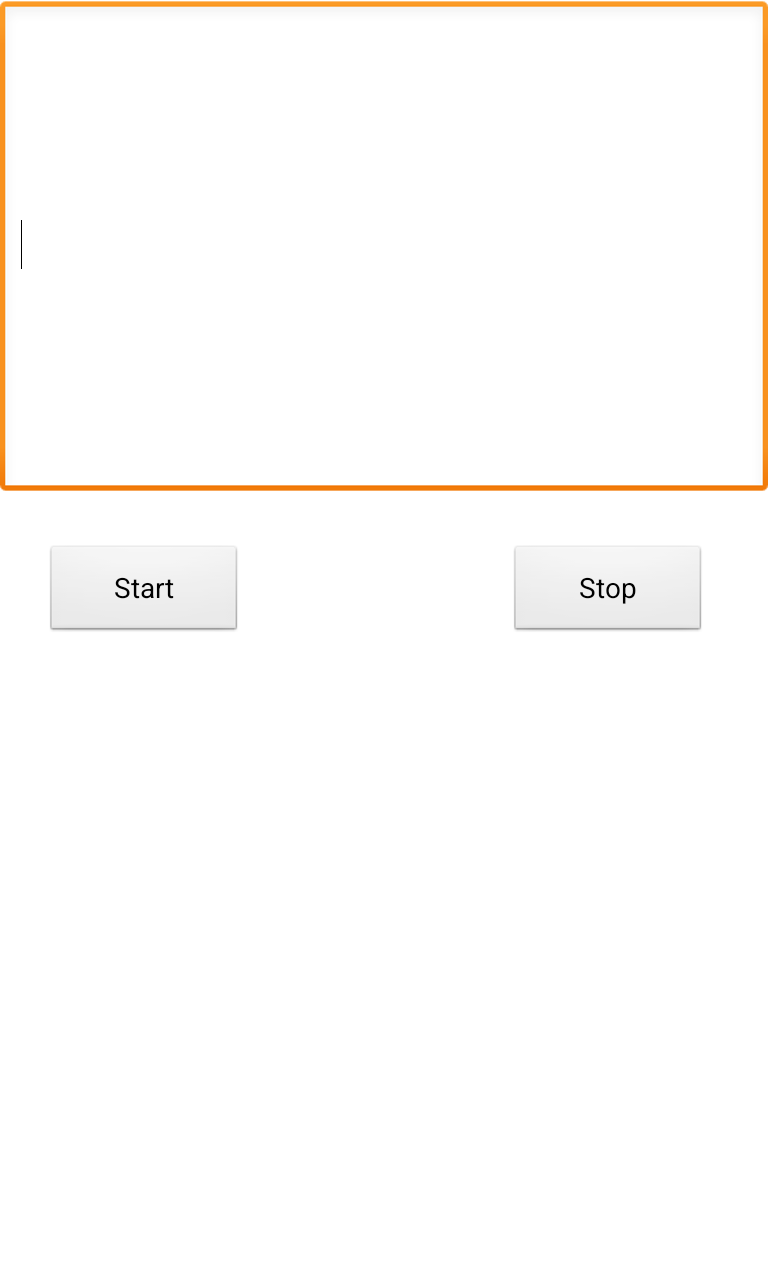
Repository: agejku/Embedded-Systems
Layout: Positionsensor/res/layout/activity_main.xml
These files come from the project's save history. The layout is drawn as it stood at one moment and after the next save; the edit follows.
It is drawn on a 768 x 1280 px phone screen (xhdpi) without system bars, with theme AppTheme; the app's code is not run.

Above is the layout before, as saved 2014-04-22 21:45:20.

### Positionsensor/res/layout/activity_main.xml
<?xml version="1.0" encoding="utf-8"?>
<RelativeLayout xmlns:android="http://schemas.android.com/apk/res/android"
    android:id="@+id/NetNumber1"
    android:layout_width="fill_parent"
    android:layout_height="fill_parent"
    android:orientation="vertical" >

    <LinearLayout
        android:id="@+id/linearLayout1"
        android:layout_width="wrap_content"
        android:layout_height="wrap_content"
        android:layout_centerVertical="true"
        android:orientation="vertical" >
    </LinearLayout>

    <LinearLayout
        android:layout_width="wrap_content"
        android:layout_height="wrap_content"
        android:layout_alignParentBottom="true"
        android:layout_alignParentRight="true"
        android:layout_marginLeft="75dp"
        android:layout_toRightOf="@+id/linearLayout1"
        android:orientation="vertical" >

    </LinearLayout>

    <RelativeLayout
        android:layout_width="wrap_content"
        android:layout_height="wrap_content"
        android:layout_alignParentBottom="true"
        android:layout_alignParentLeft="true"
        android:layout_alignParentRight="true"
        android:layout_alignParentTop="true" >

        <EditText
            android:id="@+id/editText1"
            android:layout_width="wrap_content"
            android:layout_height="wrap_content"
            android:layout_alignParentLeft="true"
            android:layout_alignParentRight="true"
            android:layout_alignParentTop="true"
            android:ems="10"
            android:height="250dp"
            android:inputType="textMultiLine" >

            <requestFocus />
        </EditText>

        <Button
            android:id="@+id/button_stop"
            android:layout_width="wrap_content"
            android:layout_height="wrap_content"
            android:layout_alignBaseline="@+id/button_start"
            android:layout_alignBottom="@+id/button_start"
            android:layout_alignParentRight="true"
            android:layout_marginRight="30dp"
            android:text="@string/button_stop"
            android:width="100dp" />

        <Button
            android:id="@+id/button_start"
            android:layout_width="wrap_content"
            android:layout_height="wrap_content"
            android:layout_alignParentLeft="true"
            android:layout_below="@+id/editText1"
            android:layout_marginLeft="22dp"
            android:layout_marginTop="22dp"
            android:text="@string/button_start"
            android:width="100dp" />

    </RelativeLayout>

</RelativeLayout>

### Positionsensor/res/values/strings.xml
<resources>

    <string name="app_name">Positionsensor</string>
    <string name="menu_settings">Settings</string>
    <string name="title_activity_main">Wifi Fingerprinting</string>
    <string name="button_start">Start</string>
    <string name="button_stop">Stop</string>
    <string name="start_rssi">RSSI Values</string>
    <string name="network1">Netzwerk1</string>
    <string name="network2">Netzwerk2</string>
    <string name="network3">Netzwerk3</string>
    <string name="network4">Netzwerk4</string>
    <string name="network5">Netzwerk5</string>

</resources>

Loaded but not shown: Positionsensor/res/values/styles.xml (common file)

After the next save:
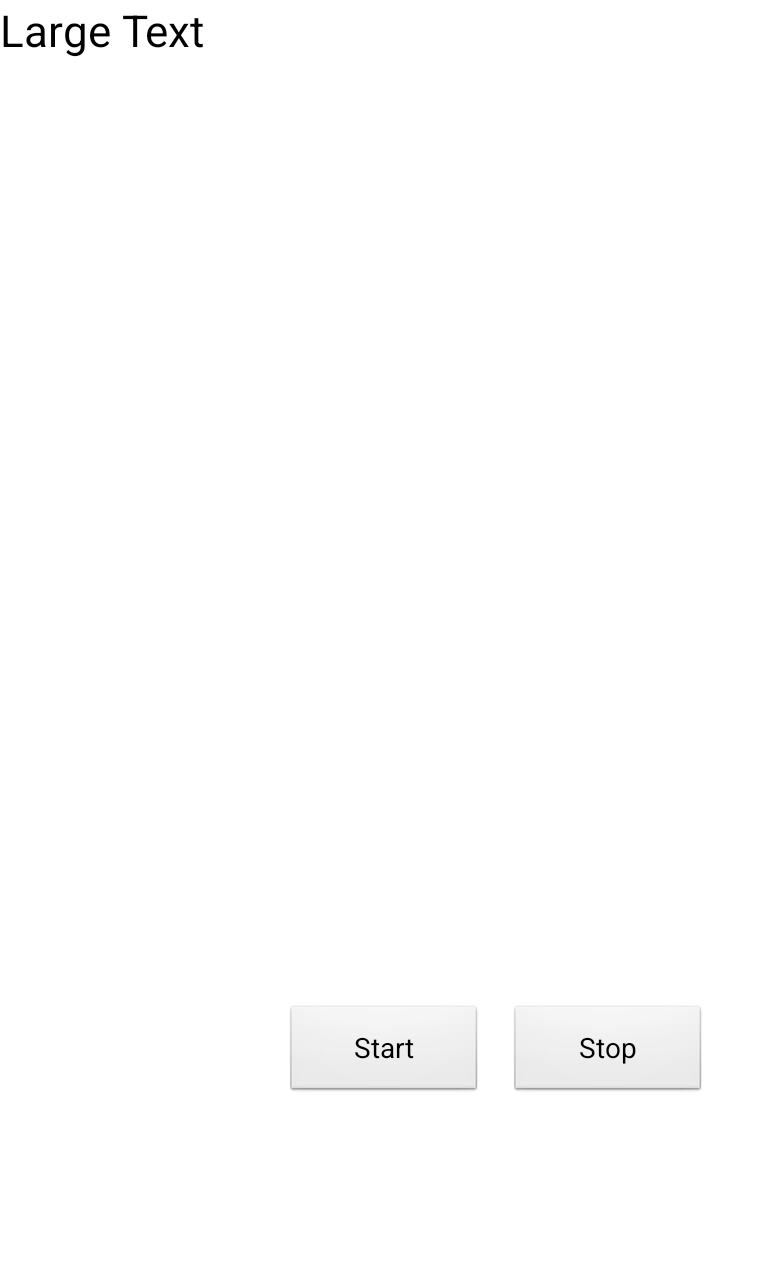
Saved 12 s later.
--- a/Positionsensor/res/layout/activity_main.xml
+++ b/Positionsensor/res/layout/activity_main.xml
@@ -32,20 +32,6 @@
         android:layout_alignParentRight="true"
         android:layout_alignParentTop="true" >
 
-        <EditText
-            android:id="@+id/editText1"
-            android:layout_width="wrap_content"
-            android:layout_height="wrap_content"
-            android:layout_alignParentLeft="true"
-            android:layout_alignParentRight="true"
-            android:layout_alignParentTop="true"
-            android:ems="10"
-            android:height="250dp"
-            android:inputType="textMultiLine" >
-
-            <requestFocus />
-        </EditText>
-
         <Button
             android:id="@+id/button_stop"
             android:layout_width="wrap_content"
@@ -61,12 +47,22 @@
             android:id="@+id/button_start"
             android:layout_width="wrap_content"
             android:layout_height="wrap_content"
-            android:layout_alignParentLeft="true"
-            android:layout_below="@+id/editText1"
-            android:layout_marginLeft="22dp"
-            android:layout_marginTop="22dp"
+            android:layout_alignParentBottom="true"
+            android:layout_centerHorizontal="true"
+            android:layout_marginBottom="90dp"
             android:text="@string/button_start"
             android:width="100dp" />
+
+        <TextView
+            android:id="@+id/textView1"
+            android:layout_width="wrap_content"
+            android:layout_height="wrap_content"
+            android:layout_alignParentLeft="true"
+            android:layout_alignParentRight="true"
+            android:layout_alignParentTop="true"
+            android:height="250dp"
+            android:text="Large Text"
+            android:textAppearance="?android:attr/textAppearanceLarge" />
 
     </RelativeLayout>
 
